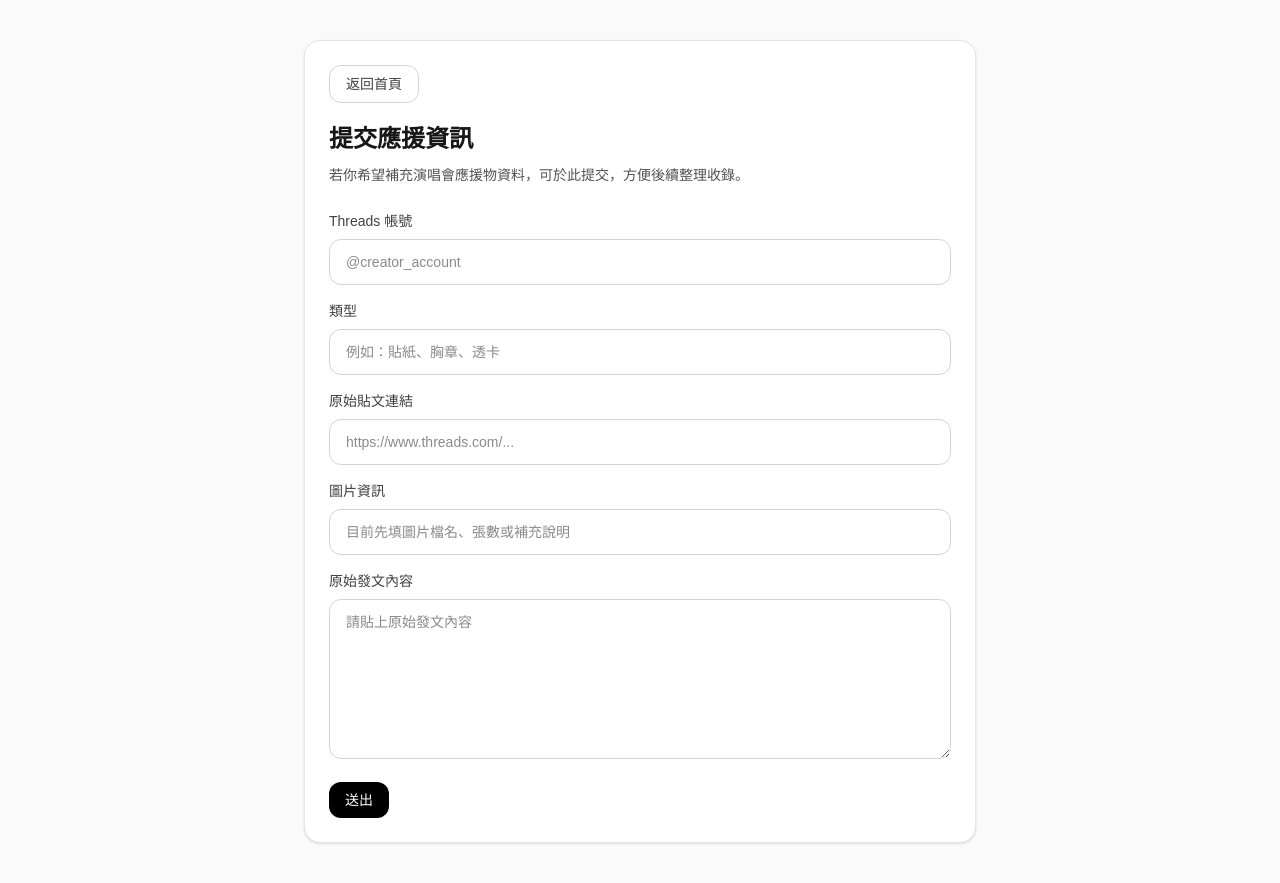
Repository: tzuhan2575/cheering-source-site
Page: /submit
These files come from the project's save history. The page is drawn as it stood at one moment and after the next save; the edit follows.
The browser window is 1280 px wide. The pictures show the whole page.
The page's requests for data from a server got no answer. The project was rebuilt for these pictures with package versions that can differ from the ones it lists, and the page was loaded fresh each time. The framework's server and built-in components were replaced by stand-ins that run in the browser. No one was signed in, and anything a server would have sent is missing. Also part of the build but not shown: next.config.ts.

Above is the page before, as saved 2026-03-13 22:39:51.

### app/submit/page.tsx
"use client";

import Link from "next/link";
import { FormEvent, useState } from "react";

export default function SubmitPage() {
  const [form, setForm] = useState({
    creator: "",
    types: "",
    postUrl: "",
    imageInfo: "",
    postContent: "",
  });
  const [message, setMessage] = useState("");
  const [isSubmitting, setIsSubmitting] = useState(false);

  const handleSubmit = async (e: FormEvent) => {
    e.preventDefault();
    setIsSubmitting(true);
    setMessage("");

    try {
      const res = await fetch("/api/submit", {
        method: "POST",
        headers: { "Content-Type": "application/json" },
        body: JSON.stringify(form),
      });

      if (!res.ok) throw new Error("submit failed");

      setMessage("已成功送出資料。");
      setForm({
        creator: "",
        types: "",
        postUrl: "",
        imageInfo: "",
        postContent: "",
      });
    } catch (error) {
      console.error(error);
      setMessage("送出失敗，請稍後再試。");
    } finally {
      setIsSubmitting(false);
    }
  };

  return (
    <main className="min-h-screen bg-neutral-50 px-6 py-10">
      <div className="mx-auto max-w-2xl rounded-2xl border border-neutral-200 bg-white p-6 shadow-sm">
        <div className="mb-5">
          <Link
            href="/"
            className="inline-flex rounded-xl border border-neutral-300 bg-white px-4 py-2 text-sm text-neutral-700 transition hover:border-neutral-400"
          >
            返回首頁
          </Link>
        </div>

        <h1 className="text-2xl font-bold text-neutral-900">提交應援資訊</h1>
        <p className="mt-2 text-sm leading-6 text-neutral-600">
          若你希望補充演唱會應援物資料，可於此提交，方便後續整理收錄。
        </p>

        <form onSubmit={handleSubmit} className="mt-6 space-y-4">
          <div>
            <label className="mb-2 block text-sm font-medium text-neutral-700">
              Threads 帳號
            </label>
            <input
              type="text"
              value={form.creator}
              onChange={(e) => setForm({ ...form, creator: e.target.value })}
              placeholder="@creator_account"
              className="w-full rounded-xl border border-neutral-300 px-4 py-3 text-sm outline-none"
            />
          </div>

          <div>
            <label className="mb-2 block text-sm font-medium text-neutral-700">
              類型
            </label>
            <input
              type="text"
              value={form.types}
              onChange={(e) => setForm({ ...form, types: e.target.value })}
              placeholder="例如：貼紙、胸章、透卡"
              className="w-full rounded-xl border border-neutral-300 px-4 py-3 text-sm outline-none"
            />
          </div>

          <div>
            <label className="mb-2 block text-sm font-medium text-neutral-700">
              原始貼文連結
            </label>
            <input
              type="text"
              value={form.postUrl}
              onChange={(e) => setForm({ ...form, postUrl: e.target.value })}
              placeholder="https://www.threads.com/..."
              className="w-full rounded-xl border border-neutral-300 px-4 py-3 text-sm outline-none"
            />
          </div>

          <div>
            <label className="mb-2 block text-sm font-medium text-neutral-700">
              圖片資訊
            </label>
            <input
              type="text"
              value={form.imageInfo}
              onChange={(e) => setForm({ ...form, imageInfo: e.target.value })}
              placeholder="目前先填圖片檔名、張數或補充說明"
              className="w-full rounded-xl border border-neutral-300 px-4 py-3 text-sm outline-none"
            />
          </div>

          <div>
            <label className="mb-2 block text-sm font-medium text-neutral-700">
              原始發文內容
            </label>
            <textarea
              value={form.postContent}
              onChange={(e) =>
                setForm({ ...form, postContent: e.target.value })
              }
              placeholder="請貼上原始發文內容"
              className="min-h-[160px] w-full rounded-xl border border-neutral-300 px-4 py-3 text-sm outline-none"
            />
          </div>

          <button
            type="submit"
            disabled={isSubmitting}
            className={`rounded-xl px-4 py-2 text-sm text-white ${
              isSubmitting ? "bg-neutral-400" : "bg-black"
            }`}
          >
            {isSubmitting ? "送出中…" : "送出"}
          </button>
        </form>

        {message && <p className="mt-4 text-sm text-neutral-700">{message}</p>}
      </div>
    </main>
  );
}

Loaded but not shown: app/layout.tsx (common file); app/globals.css (common file)

After the next save:
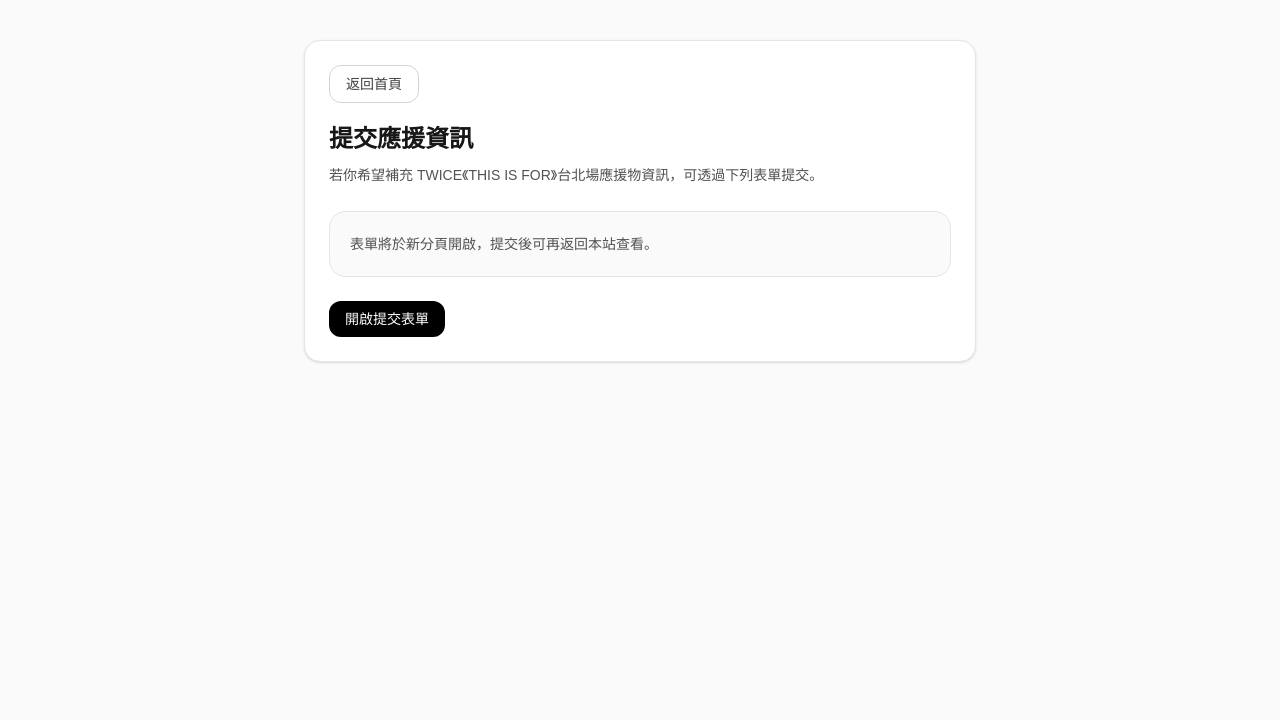
Saved 12 min 50 s later.
--- a/app/submit/page.tsx
+++ b/app/submit/page.tsx
@@ -1,49 +1,10 @@
 "use client";
 
 import Link from "next/link";
-import { FormEvent, useState } from "react";
+
+const SUBMIT_FORM_URL = process.env.NEXT_PUBLIC_SUBMIT_FORM_URL || "#";
 
 export default function SubmitPage() {
-  const [form, setForm] = useState({
-    creator: "",
-    types: "",
-    postUrl: "",
-    imageInfo: "",
-    postContent: "",
-  });
-  const [message, setMessage] = useState("");
-  const [isSubmitting, setIsSubmitting] = useState(false);
-
-  const handleSubmit = async (e: FormEvent) => {
-    e.preventDefault();
-    setIsSubmitting(true);
-    setMessage("");
-
-    try {
-      const res = await fetch("/api/submit", {
-        method: "POST",
-        headers: { "Content-Type": "application/json" },
-        body: JSON.stringify(form),
-      });
-
-      if (!res.ok) throw new Error("submit failed");
-
-      setMessage("已成功送出資料。");
-      setForm({
-        creator: "",
-        types: "",
-        postUrl: "",
-        imageInfo: "",
-        postContent: "",
-      });
-    } catch (error) {
-      console.error(error);
-      setMessage("送出失敗，請稍後再試。");
-    } finally {
-      setIsSubmitting(false);
-    }
-  };
-
   return (
     <main className="min-h-screen bg-neutral-50 px-6 py-10">
       <div className="mx-auto max-w-2xl rounded-2xl border border-neutral-200 bg-white p-6 shadow-sm">
@@ -58,88 +19,25 @@
 
         <h1 className="text-2xl font-bold text-neutral-900">提交應援資訊</h1>
         <p className="mt-2 text-sm leading-6 text-neutral-600">
-          若你希望補充演唱會應援物資料，可於此提交，方便後續整理收錄。
+          若你希望補充 TWICE《THIS IS FOR》台北場應援物資訊，可透過下列表單提交。
         </p>
 
-        <form onSubmit={handleSubmit} className="mt-6 space-y-4">
-          <div>
-            <label className="mb-2 block text-sm font-medium text-neutral-700">
-              Threads 帳號
-            </label>
-            <input
-              type="text"
-              value={form.creator}
-              onChange={(e) => setForm({ ...form, creator: e.target.value })}
-              placeholder="@creator_account"
-              className="w-full rounded-xl border border-neutral-300 px-4 py-3 text-sm outline-none"
-            />
-          </div>
+        <div className="mt-6 rounded-2xl border border-neutral-200 bg-neutral-50 p-5 text-sm leading-6 text-neutral-600">
+          <p>
+            表單將於新分頁開啟，提交後可再返回本站查看。
+          </p>
+        </div>
 
-          <div>
-            <label className="mb-2 block text-sm font-medium text-neutral-700">
-              類型
-            </label>
-            <input
-              type="text"
-              value={form.types}
-              onChange={(e) => setForm({ ...form, types: e.target.value })}
-              placeholder="例如：貼紙、胸章、透卡"
-              className="w-full rounded-xl border border-neutral-300 px-4 py-3 text-sm outline-none"
-            />
-          </div>
-
-          <div>
-            <label className="mb-2 block text-sm font-medium text-neutral-700">
-              原始貼文連結
-            </label>
-            <input
-              type="text"
-              value={form.postUrl}
-              onChange={(e) => setForm({ ...form, postUrl: e.target.value })}
-              placeholder="https://www.threads.com/..."
-              className="w-full rounded-xl border border-neutral-300 px-4 py-3 text-sm outline-none"
-            />
-          </div>
-
-          <div>
-            <label className="mb-2 block text-sm font-medium text-neutral-700">
-              圖片資訊
-            </label>
-            <input
-              type="text"
-              value={form.imageInfo}
-              onChange={(e) => setForm({ ...form, imageInfo: e.target.value })}
-              placeholder="目前先填圖片檔名、張數或補充說明"
-              className="w-full rounded-xl border border-neutral-300 px-4 py-3 text-sm outline-none"
-            />
-          </div>
-
-          <div>
-            <label className="mb-2 block text-sm font-medium text-neutral-700">
-              原始發文內容
-            </label>
-            <textarea
-              value={form.postContent}
-              onChange={(e) =>
-                setForm({ ...form, postContent: e.target.value })
-              }
-              placeholder="請貼上原始發文內容"
-              className="min-h-[160px] w-full rounded-xl border border-neutral-300 px-4 py-3 text-sm outline-none"
-            />
-          </div>
-
-          <button
-            type="submit"
-            disabled={isSubmitting}
-            className={`rounded-xl px-4 py-2 text-sm text-white ${
-              isSubmitting ? "bg-neutral-400" : "bg-black"
-            }`}
+        <div className="mt-6">
+          <a
+            href={SUBMIT_FORM_URL}
+            target="_blank"
+            rel="noreferrer"
+            className="inline-flex rounded-xl bg-black px-4 py-2 text-sm text-white transition hover:opacity-90"
           >
-            {isSubmitting ? "送出中…" : "送出"}
-          </button>
-        </form>
-
-        {message && <p className="mt-4 text-sm text-neutral-700">{message}</p>}
+            開啟提交表單
+          </a>
+        </div>
       </div>
     </main>
   );
